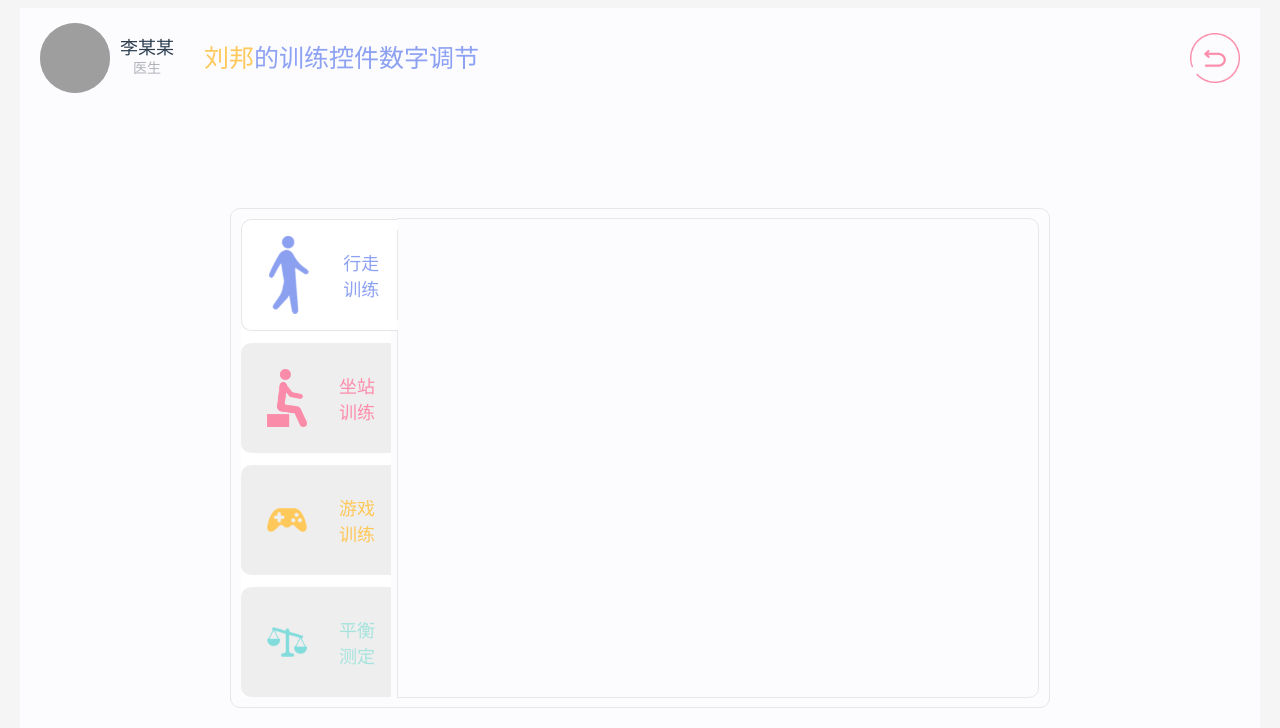
Repository: wangdanqing90/electron-vue-doctor
Page: /#/trainingAdjust
The author's editor kept a copy of each file at every save. The page is drawn from the files as they stood at one save, then again after the next save.
The browser window is 1280 px wide. The pictures show the whole page.
Pictures or frames that could not be fetched are drawn as grey boxes. The project was rebuilt for these pictures with package versions that can differ from the ones it lists, and the page was loaded fresh each time. Also part of the build but not shown: vue.config.js, src/views/Home.vue, src/assets/styles/variable.scss, src/assets/styles/iconfont.css.

Above is the page before, as saved 2020-01-15 13:40:11.

After the next save:
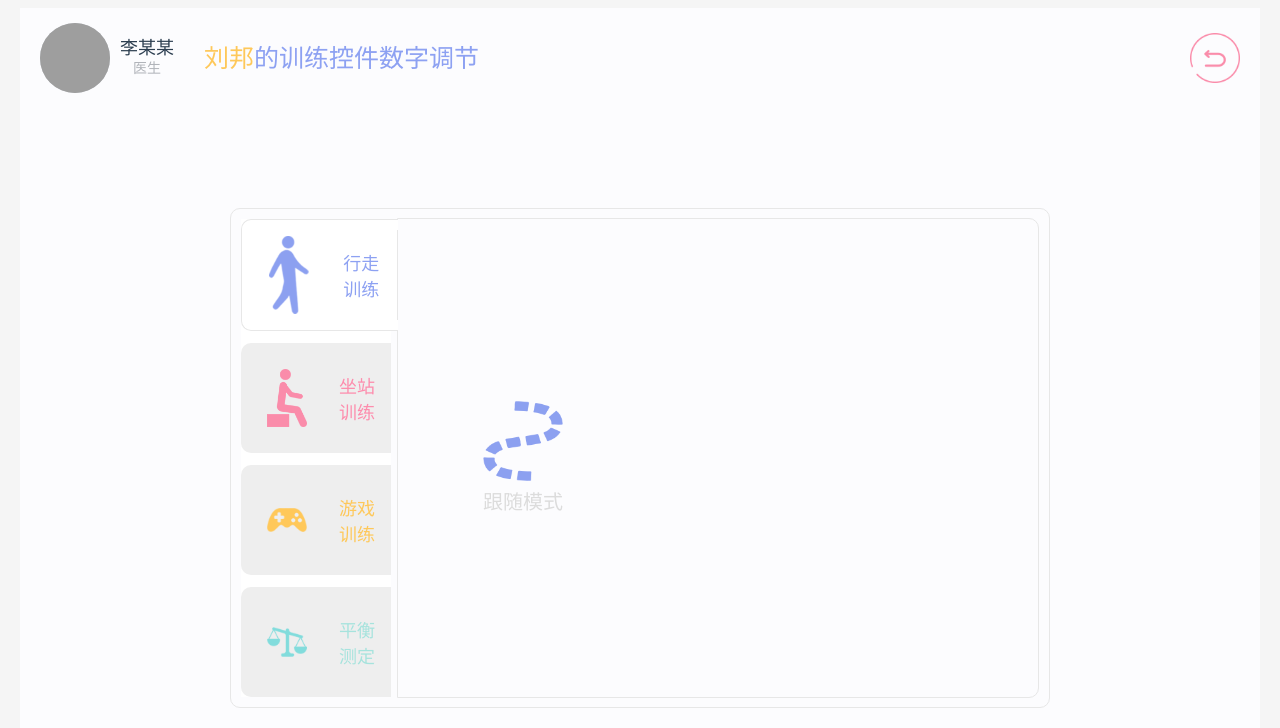
Saved 9 s later.
--- a/src/views/TrainingAdjust/TrainingAdjust.vue
+++ b/src/views/TrainingAdjust/TrainingAdjust.vue
@@ -33,7 +33,7 @@
           </div>
         </div>
         <div class="right display_flex justify-content_flex-justify align-items_center">
-          <AdjustContiner :type="follow"></AdjustContiner>
+          <AdjustContiner :type="1"></AdjustContiner>
         </div>
       </div>
     </div>
